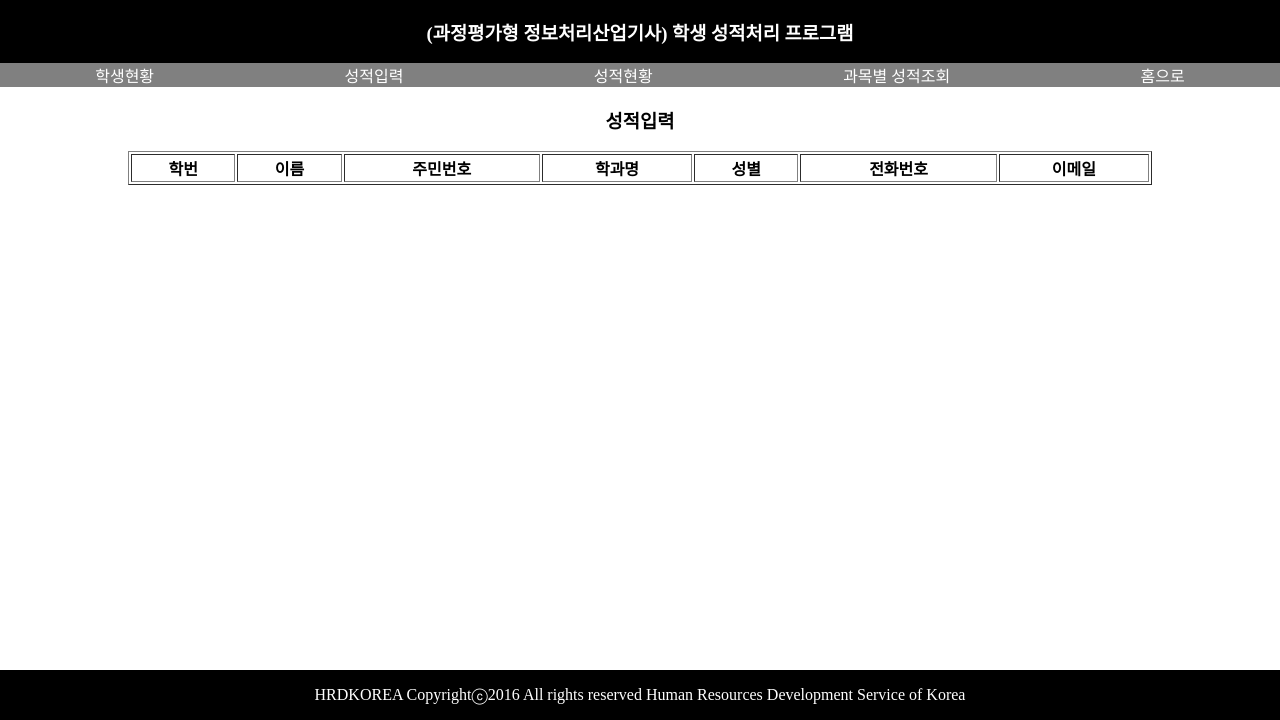
Repository: junjuny0227/jsp
Page: http://localhost/HRD_02/sub2.jsp
These files come from the project's save history. The page is drawn as it stood at one moment and after the next save; the edit follows.
The browser window is 1280 px wide. The pictures show the whole page.
The page is served by Tomcat 9. Other server files are loaded and not shown.

Above is the page before, as saved 2025-05-16 05:09:13.

### HRD_02/src/main/webapp/sub2.jsp
<%@ page language="java" contentType="text/html; charset=UTF-8"
pageEncoding="UTF-8"%>
<!DOCTYPE html>
<html>
  <head>
    <meta charset="UTF-8" />
    <title>sub2</title>
  </head>
  <body
    style="
      margin: 0;
      padding: 0;
      border: 0;
      font-size: 100%;
      font: inherit;
      vertical-align: baseline;
    "
  >
    <jsp:include page="header.jsp"></jsp:include>
    <jsp:include page="nav.jsp"></jsp:include>

    <section
      style="display: flex; flex-direction: column; align-items: center"
    >
      <h3>성적입력</h3>
      <table border="1" style="width: 80%">
        <tr>
          <th>학번</th>
          <th>이름</th>
          <th>주민번호</th>
          <th>학과명</th>
          <th>성별</th>
          <th>전화번호</th>
          <th>이메일</th>
        </tr>
      </table>
    </section>

    <jsp:include page="footer.jsp"></jsp:include>
  </body>
</html>

### HRD_02/src/main/webapp/header.jsp
<%@ page language="java" contentType="text/html; charset=UTF-8"
pageEncoding="UTF-8"%>
<!DOCTYPE html>
<html>
  <head>
    <meta charset="UTF-8" />
    <title>header</title>
  </head>
  <body>
    <header style="background-color: black; width: 100%">
      <h3 style="margin: 0; padding: 18px 0; text-align: center; color: white">
        (과정평가형 정보처리산업기사) 학생 성적처리 프로그램
      </h3>
    </header>
  </body>
</html>

### HRD_02/src/main/webapp/nav.jsp
<%@ page language="java" contentType="text/html; charset=UTF-8"
pageEncoding="UTF-8"%>
<!DOCTYPE html>
<html>
  <head>
    <meta charset="UTF-8" />
    <title>nav</title>
  </head>
  <body>
    <nav
      style="
        background-color: gray;
        display: flex;
        justify-content: space-around;
      "
    >
      <a href="sub1.jsp" style="text-decoration: none; color: white"
        >학생현황</a
      >
      <a href="sub2.jsp" style="text-decoration: none; color: white"
        >성적입력</a
      >
      <a href="sub3.jsp" style="text-decoration: none; color: white"
        >성적현황</a
      >
      <a href="sub4.jsp" style="text-decoration: none; color: white"
        >과목별 성적조회</a
      >
      <a href="index.jsp" style="text-decoration: none; color: white">홈으로</a>
    </nav>
  </body>
</html>

### HRD_02/src/main/webapp/footer.jsp
<%@ page language="java" contentType="text/html; charset=UTF-8"
pageEncoding="UTF-8"%>
<!DOCTYPE html>
<html>
  <head>
    <meta charset="UTF-8" />
    <title>footer</title>
  </head>
  <body>
    <footer
      style="
        background-color: black;
        position: fixed;
        left: 0;
        bottom: 0;
        width: 100%;
      "
    >
      <p style="text-align: center; color: white">
        HRDKOREA Copyrightⓒ2016 All rights reserved Human Resources Development
        Service of Korea
      </p>
    </footer>
  </body>
</html>

After the next save:
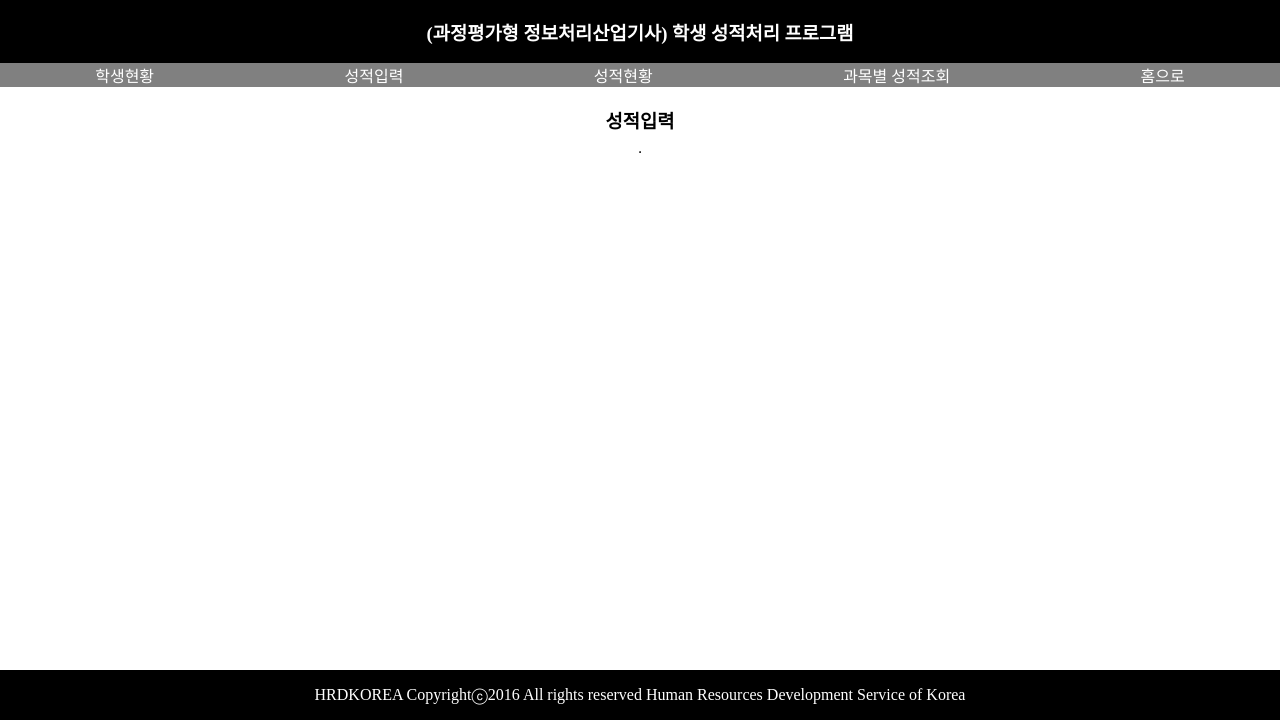
Saved 21 s later.
--- a/HRD_02/src/main/webapp/sub2.jsp
+++ b/HRD_02/src/main/webapp/sub2.jsp
@@ -23,16 +23,8 @@ pageEncoding="UTF-8"%>
       style="display: flex; flex-direction: column; align-items: center"
     >
       <h3>성적입력</h3>
-      <table border="1" style="width: 80%">
-        <tr>
-          <th>학번</th>
-          <th>이름</th>
-          <th>주민번호</th>
-          <th>학과명</th>
-          <th>성별</th>
-          <th>전화번호</th>
-          <th>이메일</th>
-        </tr>
+      <table border="1">
+
       </table>
     </section>
 
